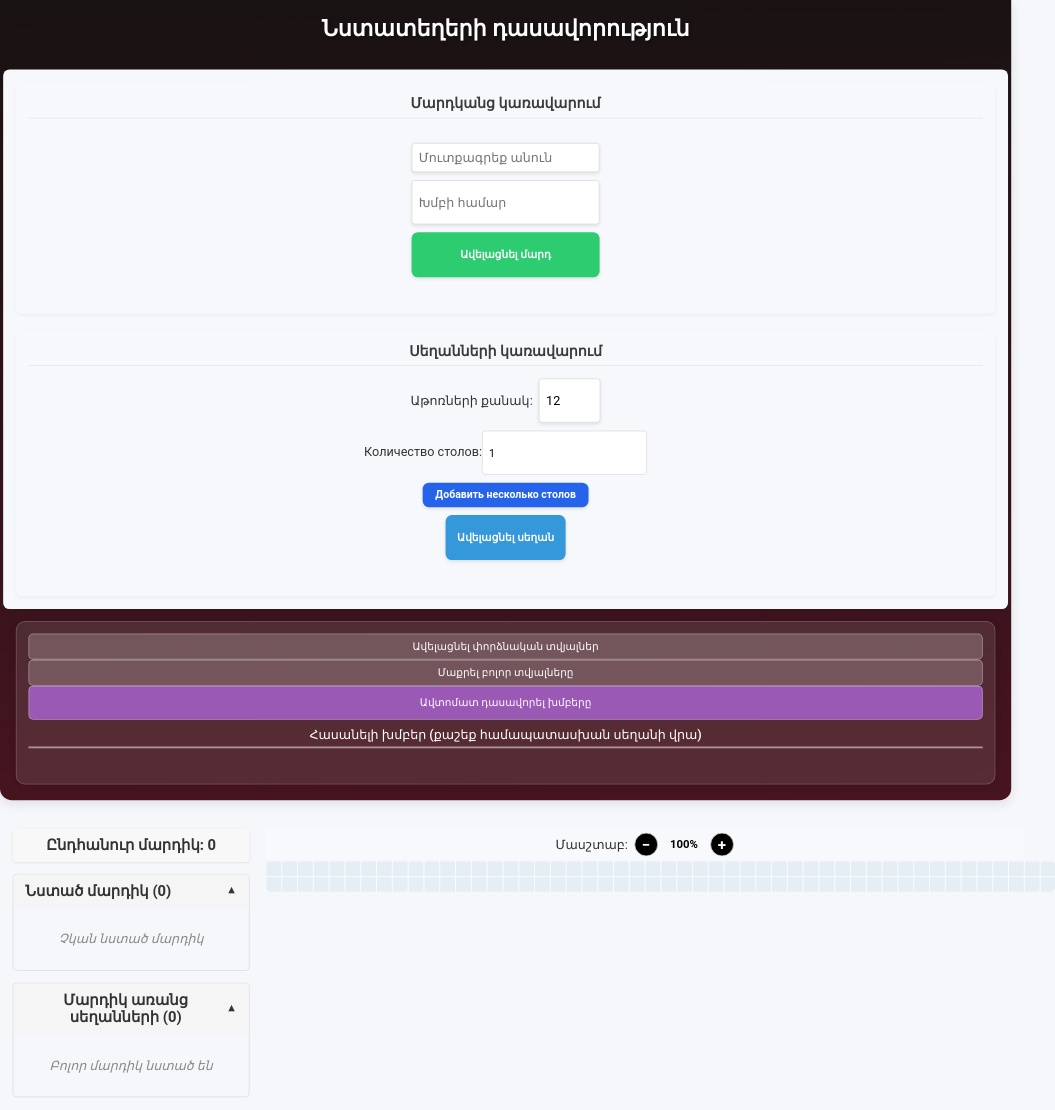
Repository: Vahan-23/Table-V2
Page: /
These files come from the project's save history. The page is drawn as it stood at one moment and after the next save; the edit follows.
The browser window is 1280 px wide. The page is 1336 px wide, so the pictures cover 1336 px, including what lies to the right of the window. The pictures show the whole page, at 79% of full size.
The project was rebuilt for these pictures with package versions that can differ from the ones it lists, and the page was loaded fresh each time.

Above is the page before, as saved 2025-03-03 12:29:20.

After the next save:
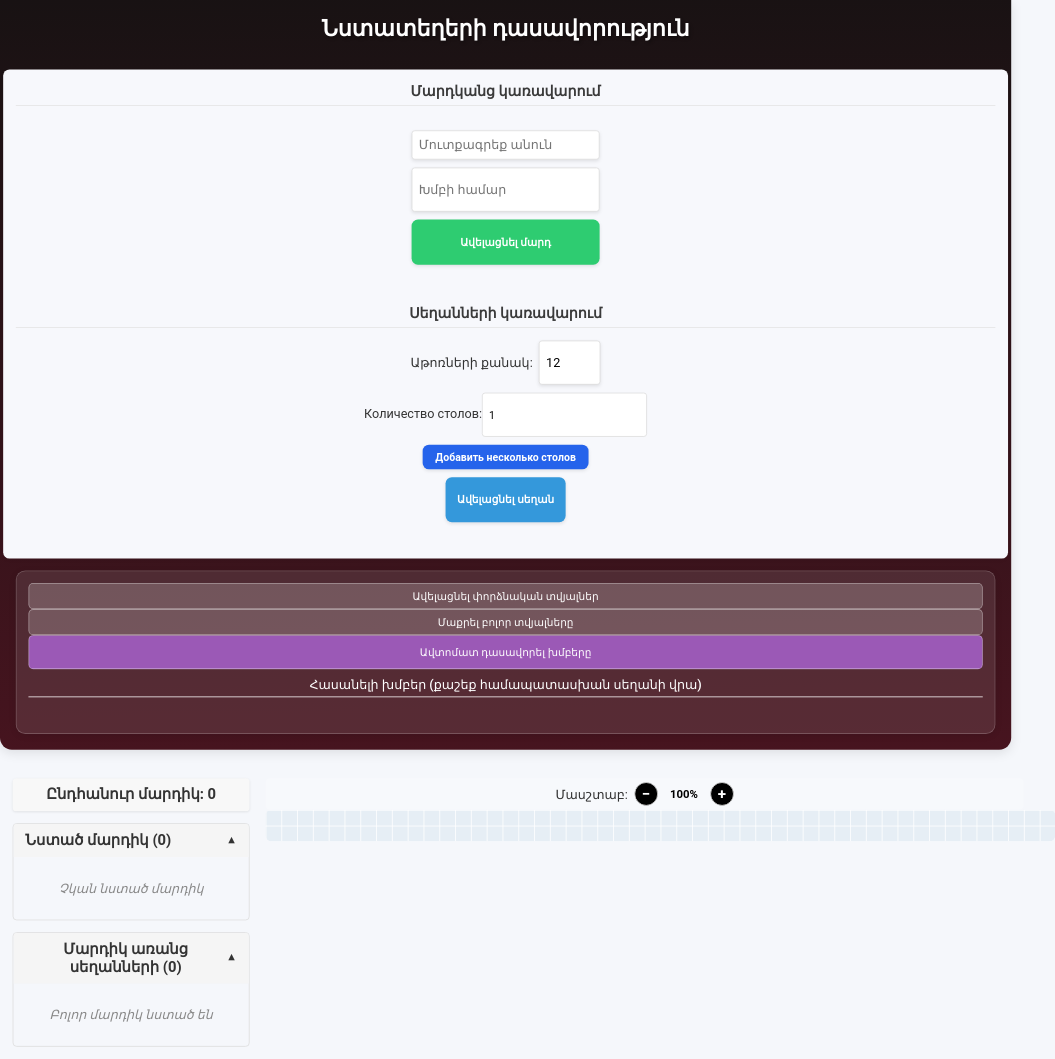
Saved 5 s later.
--- a/src/component/App.css
+++ b/src/component/App.css
@@ -1036,16 +1036,6 @@ button {
   justify-content: space-around;
 }
 
-.header-section {
-  display: flex;
-  height: auto;
-  background-color: #f7f8fc;
-  border-radius: 8px;
-  padding: 16px;
-  box-shadow: 0 2px 5px rgba(0, 0, 0, 0.05);
-  flex-direction: column;
-  justify-content: space-around;
-}
 
 .section-main-title {
   color: #3a3a3a;
